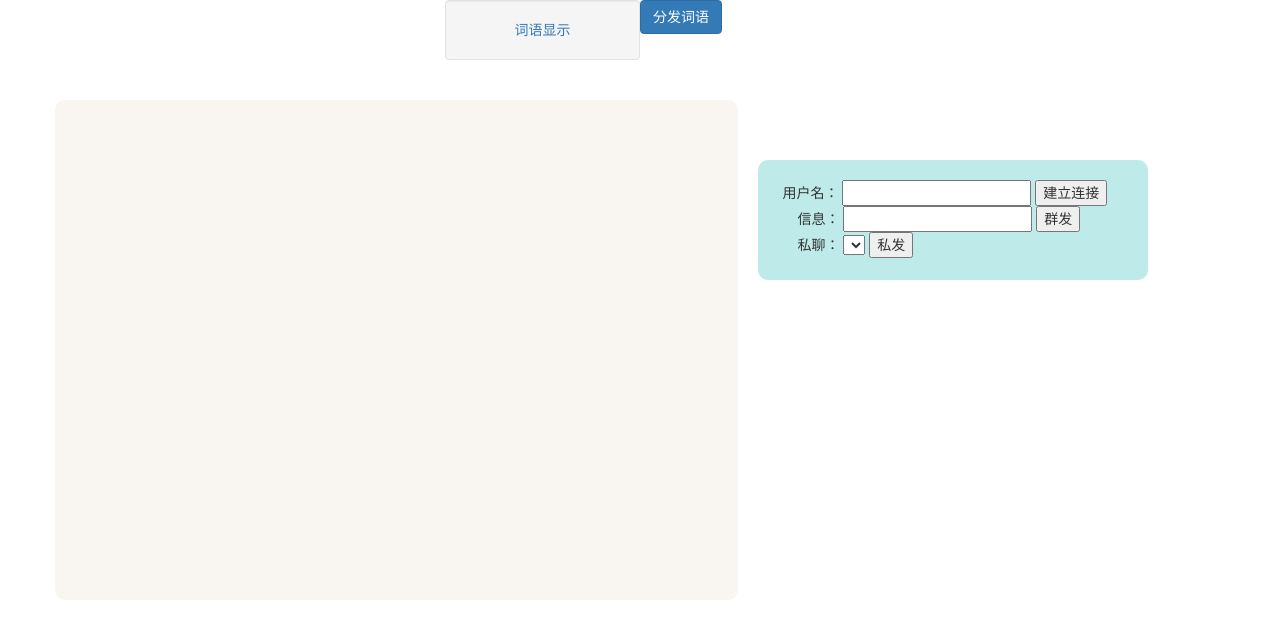
Repository: eheihaha2/whoisthespy-
Page: webDemo/WebContent/room.html
These files come from the project's save history. The page is drawn as it stood at one moment and after the next save; the edit follows.
The browser window is 1280 px wide. The pictures show the whole page.

Above is the page before, as saved 2020-02-26 04:53:51.

### webDemo/WebContent/room.html
<!DOCTYPE html>
<html>
<head>
	<script type="text/javascript" src="js/jquery-1.11.0.min.js"></script>
<script type="text/javascript" src="js/bootstrap.js"></script>
<link rel="stylesheet" href="css/bootstrap.css">
<style type="text/css">
	.show{
			margin-right:0;
			background-color:#f9f6f2;
			height: 500px;
			margin-top:20px;
			border-radius: 10px;
		}
		.mss{
			padding:20px 20px 40px 40px;
			background-color:#beebe9;
			height:120px;
			margin-left:20px;;
			margin-top:80px;
			border-radius: 10px;
		}
}
</style>
	<title></title>
</head>
<body>
	<div class="container">
	<div class="row">
		<div class="well text-center text-primary col-md-2 	col-sm-2 col-md-offset-4">词语显示</div>
		<button class="btn btn-primary">分发词语</button><br />
	</div>
		<div class="row">
			<div class="col-md-7 col-sm-7 show">
				<div class="info">
				<span class="name"></span>
				<span class="msg"></span>
				</div>
				<div class="userinfo"></div>
     		</div>
     		<div class="col-md-4 col-sm-4 mss">
     			<div class="row">
				<span>用户名：</span>
      			<input type="text" name="username"/>
     			<button id="connBtn">建立连接</button><br />
     			</div>
			<span>信息：</span>
     		<input type="text" name="info"/>
      		<button id="subBtnAll">群发</button><br />
			<span>私聊：</span>
     		<select id="userList">
			</select>
			<button id="subBtn">私发</button>
			</div>
		</div>
	</div>
</body>
<script type="text/javascript">
	var ws=null;
	var username=null;
	var url="ws://localhost:8080/webDemo/chatRoom/";
		// 后续的消息添加都是用其做二次克隆
      	var info = $(".info").clone();
		//点击建立连接的按钮
      	$("#connBtn").on("click",function(){
      		if("WebSocket" in window){
      			username = $("input[name='username']").val();
      			ws = new WebSocket(url+username);
      			//有了webSocket连接对象之后，我就开始监听消息
      			//服务器端的所有消息都会来到这
      			ws.onmessage = function(evt){
      				var received_msg = evt.data;
      				var jsonReceive_msg = JSON.parse(received_msg);
      				var head = jsonReceive_msg.head;//获得服务器数据，解析数据获得数据类型
      				var data =jsonReceive_msg.data;//真正的data所在
      				switch (head) {
      					case "sendAll":
      					sendAll(data);
      						break;
      					case "sendTo":
      					sendTo(data);
      						break;
      					case "onLine":
      					onLine(data);
      						break;
      					case "userList":
      					userList(data);
      						break;
      					default:
      						break;
      				}
      			}
      		}else{
      			alert("您的浏览器不支持 WebSocket!");
      		}
      	})

      	//细节定义每种功能的数据接口
      	//构建JSON格式发送给服务器：{from:来自谁,msg:消息本身}
      	function sendAll(data){
      		var infoDiv = info.clone();//这个就是我要渲染的dom节点
      		//用于把从服务器端获得的JSON字符串的data解析为原生JS值
      		//var jsonData=JSON.parse(data);
      		infoDiv.find(".name").text("来自于："+data.from+"(群发)");
      		infoDiv.find(".msg").text(data.msg);
      		$(".info").parent().append(infoDiv);
      	}
      	// 构建JSON格式发送给服务器：{from:来自谁,msg:消息本身}
      	function sendTo(data){
      		var infoDiv = info.clone();//这个就是我要渲染的dom节点
      		infoDiv.find(".name").text("来自于："+data.from+"(私发)");
      		infoDiv.find(".msg").text(data.msg);
      		$(".info").parent().append(infoDiv);
      	}
      	// 构建JSON格式发送给服务器：{name:上线人姓名}
      	function onLine(data){
      	//$(".userinfo").empty();
      	console.log(data);
      	$(".userinfo").append("<p>"+"【"+data.name+"上线了】"+"</p>");
      	}
      	// 构建JSON格式发送给服务器：[用户1,用户2]
      	function userList(data){
      		$("#userList").empty();
      		var jsonData=JSON.parse(data);
      		$("#userList").append("<option>请选择</option>");
      		$.each(jsonData,function(index,item){
      			$("#userList").append("<option value="+item+">"+item+"</option>");
      		})
      	}

      	//点击群发按钮
      	$("#subBtnAll").on("click",function(){
      		//var sentName = $("input[name='username']").val();
      		var msg = $("input[name='info']").val();
      		console.log(msg);
      		var jsonMsg={
      			"head":"sendAll",
      			"data":msg
      			//"from":sentName,
      			//"msg":msg
      		}
      		console.log(jsonMsg);
      		//var subAllEnd =JSON.stringify(jsonMsg);
      		ws.send(JSON.stringify(jsonMsg));
      	})
      	//点击私发按钮
      	$("#subBtn").on("click",function(){
      		var msg=$("input[name=info]").val();
      		var toUser=$("#userList").val();
      		console.log(toUser);
      		var jsonMsg={
      			"head":"sendTo",
      			"data":{
      				"to":toUser,
      				"msg":msg
      			}
      		}
      		console.log(jsonMsg);
      		ws.send(JSON.stringify(jsonMsg));
      	})
</script>
</html>

Loaded but not shown: webDemo/WebContent/js/jquery-1.11.0.min.js (library); webDemo/WebContent/js/bootstrap.js (library); webDemo/WebContent/css/bootstrap.css (library)

After the next save:
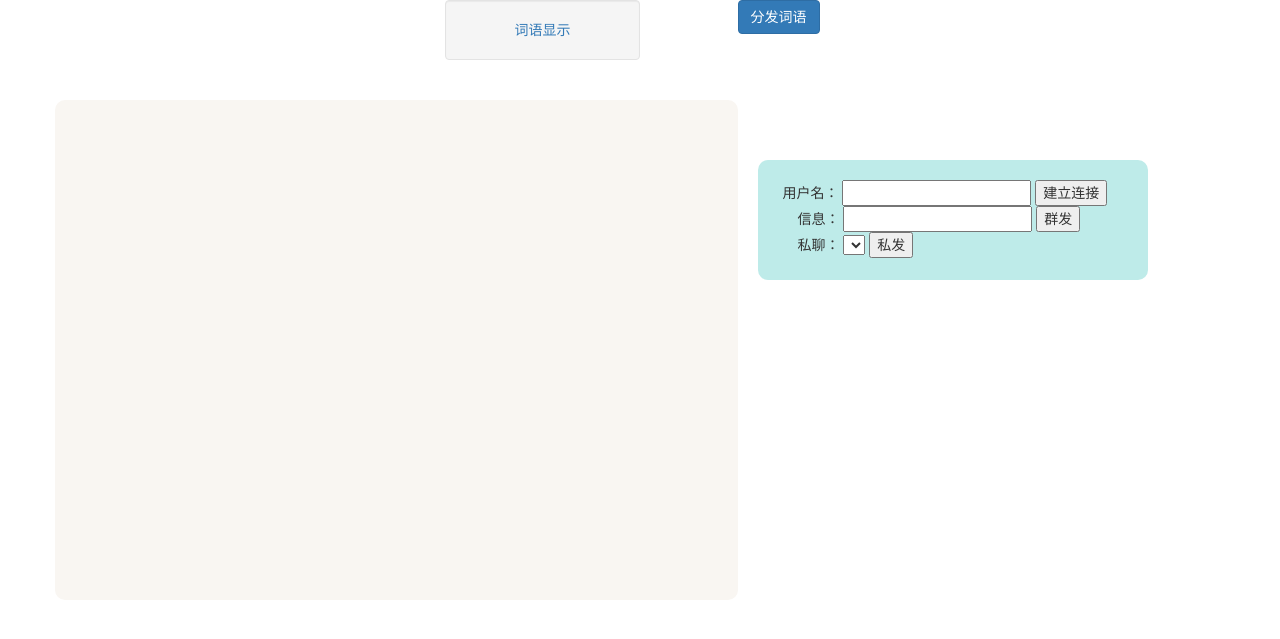
Saved 11 s later.
--- a/webDemo/WebContent/room.html
+++ b/webDemo/WebContent/room.html
@@ -28,7 +28,7 @@
 	<div class="container">
 	<div class="row">
 		<div class="well text-center text-primary col-md-2 	col-sm-2 col-md-offset-4">词语显示</div>
-		<button class="btn btn-primary">分发词语</button><br />
+		<button class="btn btn-primary col-md-offset-1">分发词语</button><br />
 	</div>
 		<div class="row">
 			<div class="col-md-7 col-sm-7 show">

After the save that followed:
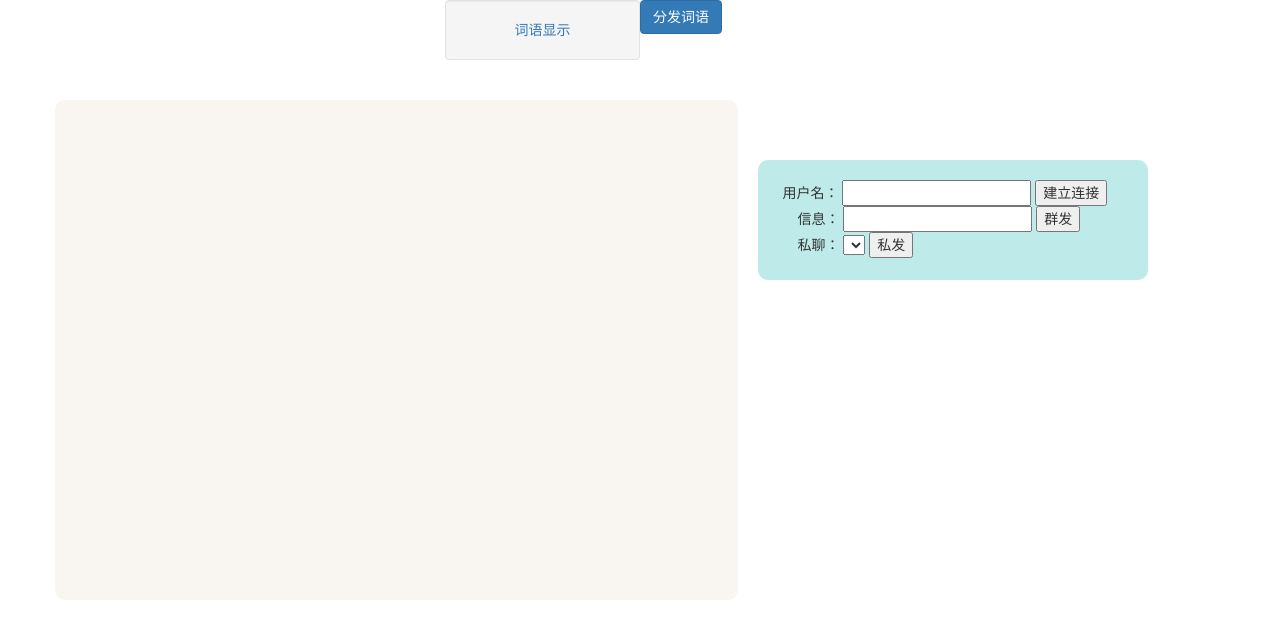
Saved 19 s later.
--- a/webDemo/WebContent/room.html
+++ b/webDemo/WebContent/room.html
@@ -28,7 +28,7 @@
 	<div class="container">
 	<div class="row">
 		<div class="well text-center text-primary col-md-2 	col-sm-2 col-md-offset-4">词语显示</div>
-		<button class="btn btn-primary col-md-offset-1">分发词语</button><br />
+		<button class="btn wordsBtn btn-primary col-md-offset1">分发词语</button><br />
 	</div>
 		<div class="row">
 			<div class="col-md-7 col-sm-7 show">
